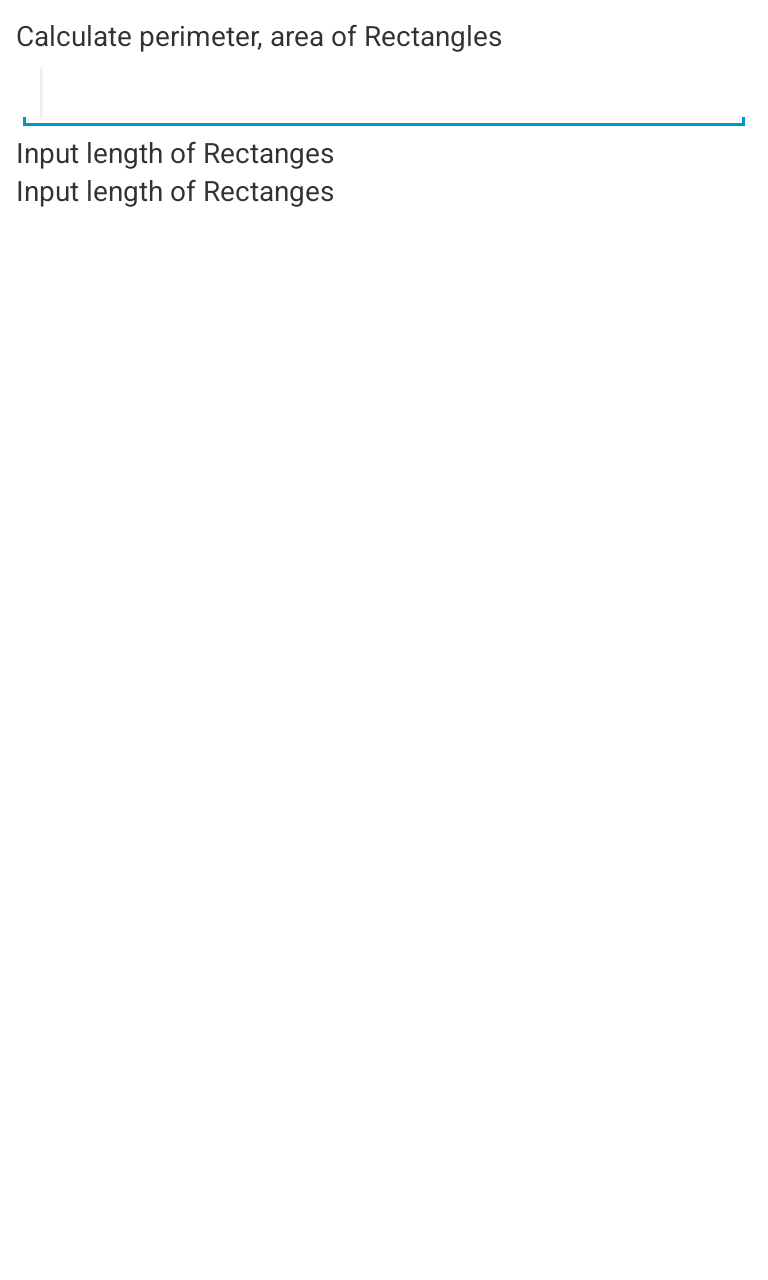
Repository: LightWay152/Lesson1_Variable_Type_Operations
Layout: Perimeter_Area_Rectangles_Circles/res/layout/activity_main.xml
These files come from the project's save history. The layout is drawn as it stood at one moment and after the next save; the edit follows.
It is drawn on a 768 x 1280 px phone screen (xhdpi) without system bars, with theme AppTheme; the app's code is not run.

Above is the layout before, as saved 2017-01-01 08:40:11.

After the next save:
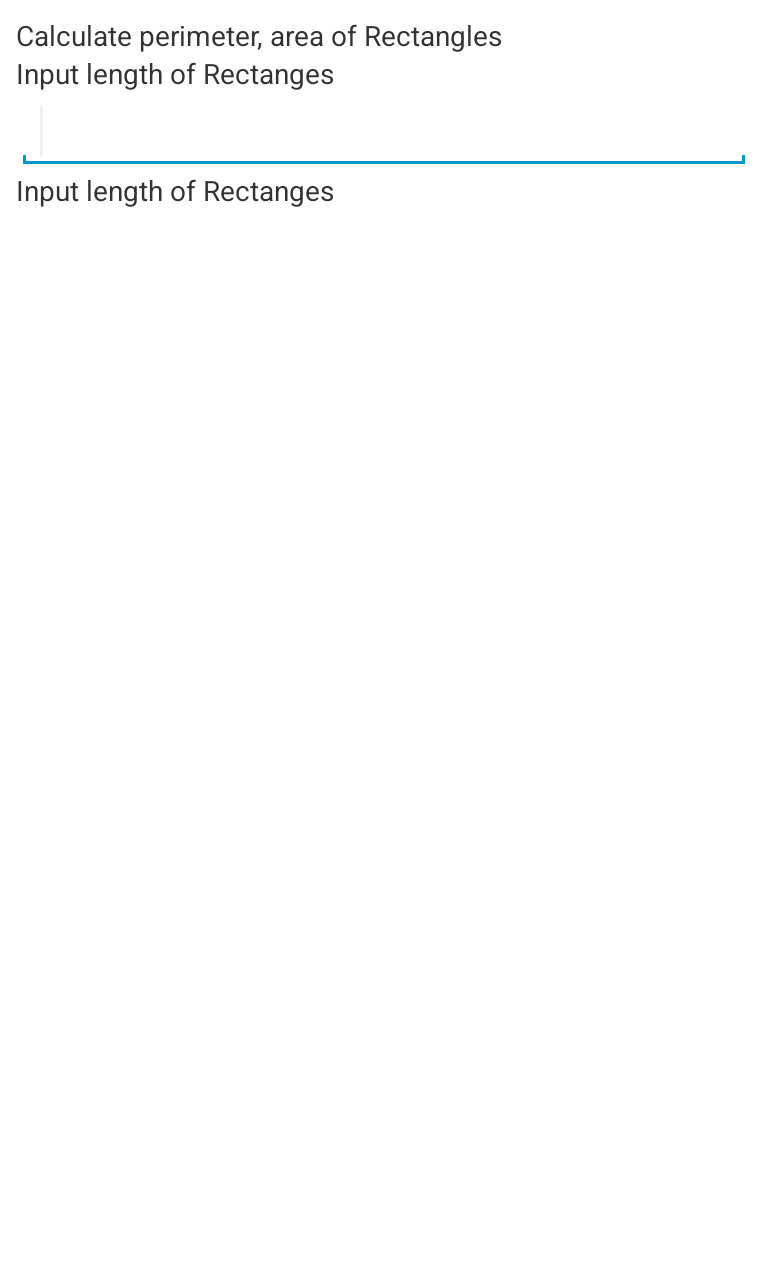
Saved 11 s later.
--- a/Perimeter_Area_Rectangles_Circles/res/layout/activity_main.xml
+++ b/Perimeter_Area_Rectangles_Circles/res/layout/activity_main.xml
@@ -10,8 +10,11 @@
         android:layout_width="match_parent"
         android:layout_height="wrap_content"
         android:text="@string/calculate_perimeter_area_rectangles"/>
-
-    <EditText
+    <TextView
+        android:layout_width="match_parent"
+        android:layout_height="wrap_content"
+        android:text="@string/input_length"/>
+	    <EditText
         android:id="@+id/editText1"
         android:layout_width="match_parent"
         android:layout_height="wrap_content"
@@ -19,12 +22,6 @@
 
         <requestFocus />
     </EditText>
-
-    <TextView
-        android:layout_width="match_parent"
-        android:layout_height="wrap_content"
-        android:text="@string/input_length"/>
-
     <TextView
         android:layout_width="match_parent"
         android:layout_height="wrap_content"
